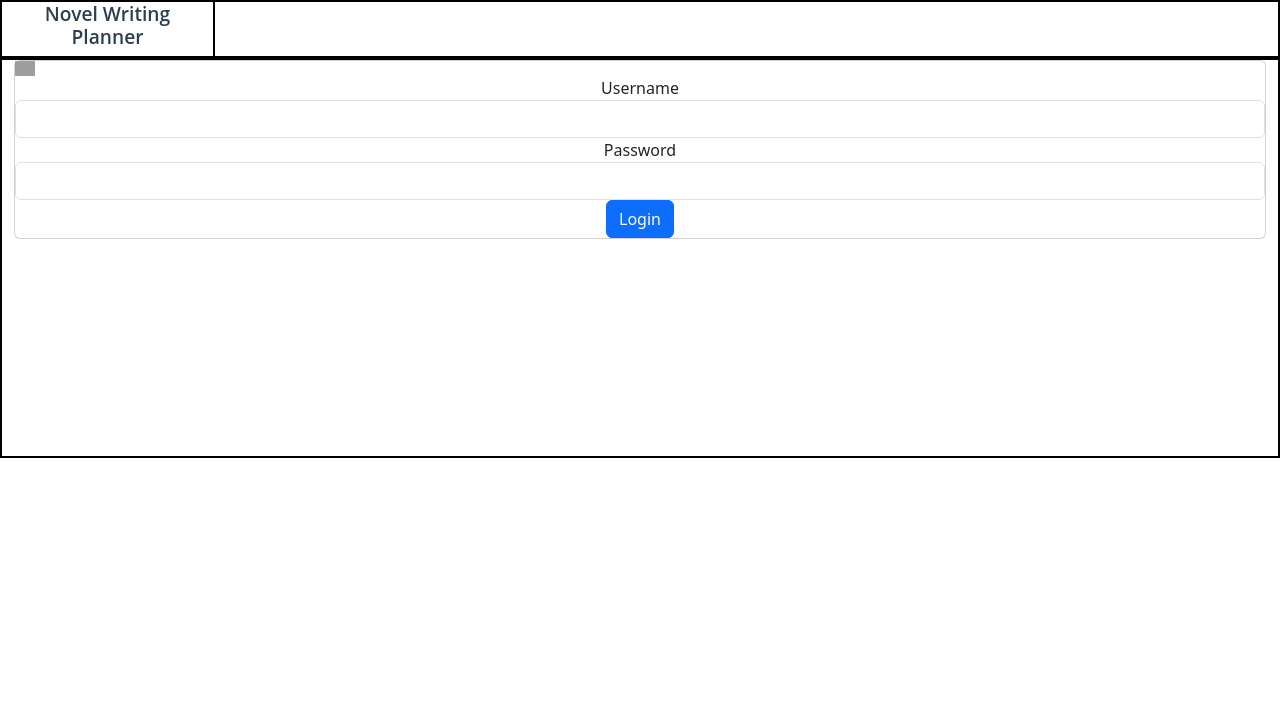
Repository: GossipCoco/RallyeBookV2
Page: /login
These files come from the project's save history. The page is drawn as it stood at one moment and after the next save; the edit follows.
The browser window is 1280 px wide. The pictures show the whole page.
Pictures or frames that could not be fetched are drawn as grey boxes. The project was rebuilt for these pictures with package versions that can differ from the ones it lists, and the page was loaded fresh each time. Also part of the build but not shown: vue.config.js, src/Services/auth-header.js, src/Services/user.service.js, src/components/PageComponent/Home.vue.

Above is the page before, as saved 2023-12-11 15:35:03.

After the next save:
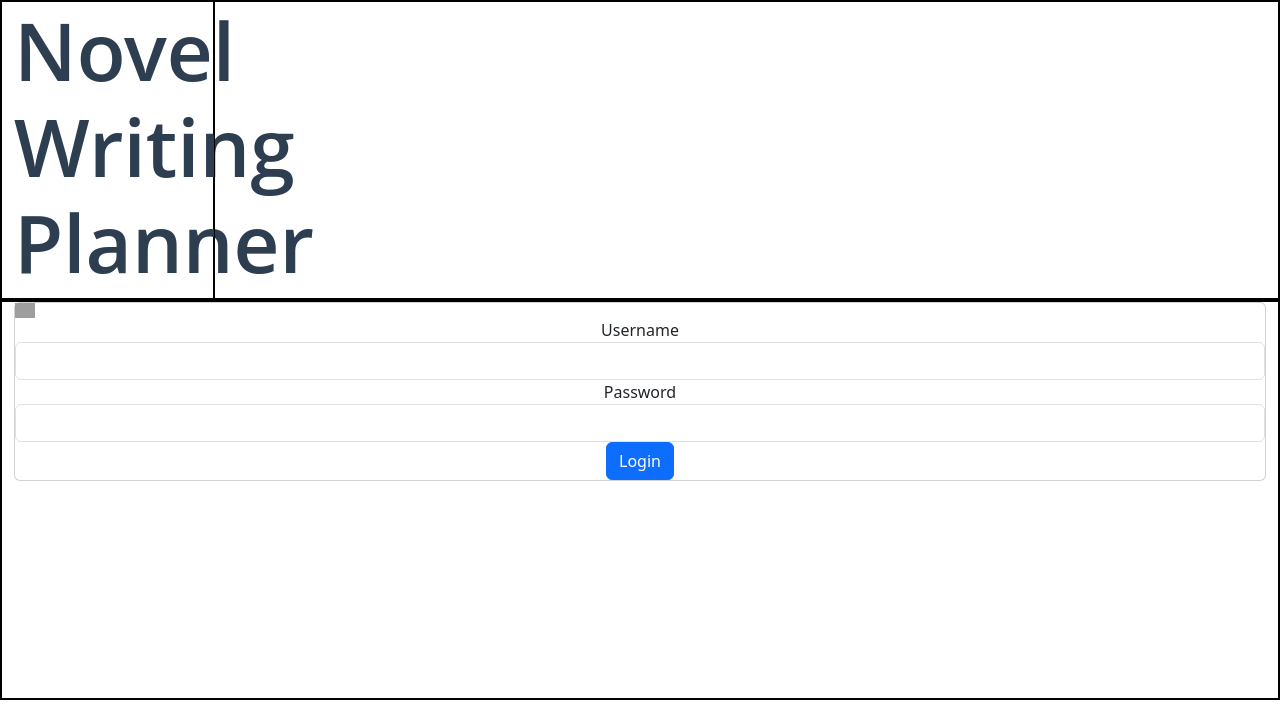
Saved 6 s later.
--- a/src/assets/css/Layout.css
+++ b/src/assets/css/Layout.css
@@ -22,7 +22,7 @@ body {
 h1{
     font-family: var(--opensans-text);
     font-weight: 600;
-    font-size: 1.2rem;
+    font-size: 5rem;
 }
 .row, .col,
 .col-1, .col-2, .col-3, .col-4, .col-5, .col-6, .col-7, .col-8, .col-9, .col-10, .col-11, .col-12{
